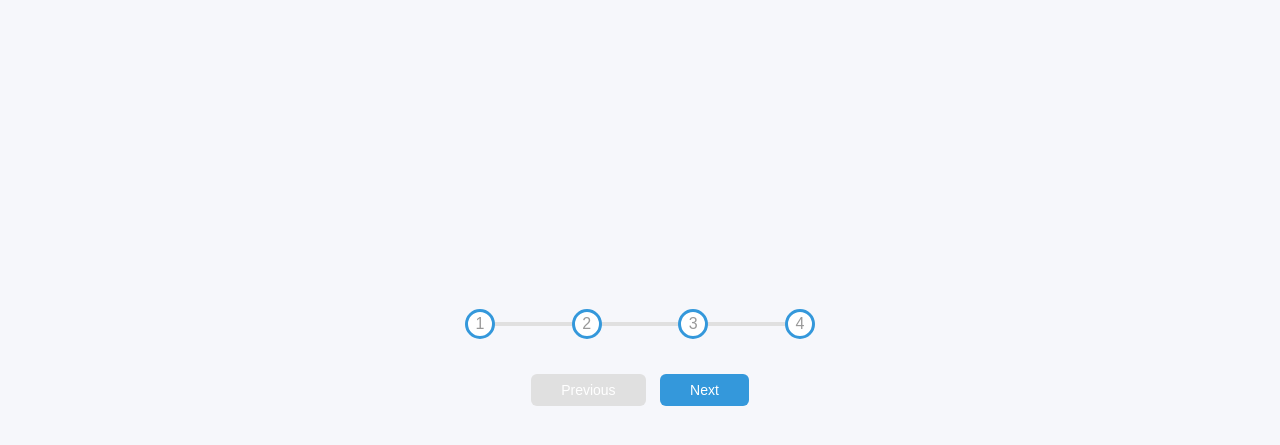
Repository: huynhvanngoan/50projectsin50days
Page: Day2/HTML/index.html
These files come from the project's save history. The page is drawn as it stood at one moment and after the next save; the edit follows.
The browser window is 1280 px wide. The pictures show the whole page.
Some web fonts or font styles are not loaded; a fallback is used.

Above is the page before, as saved 2022-11-04 22:55:07.

After the next save:
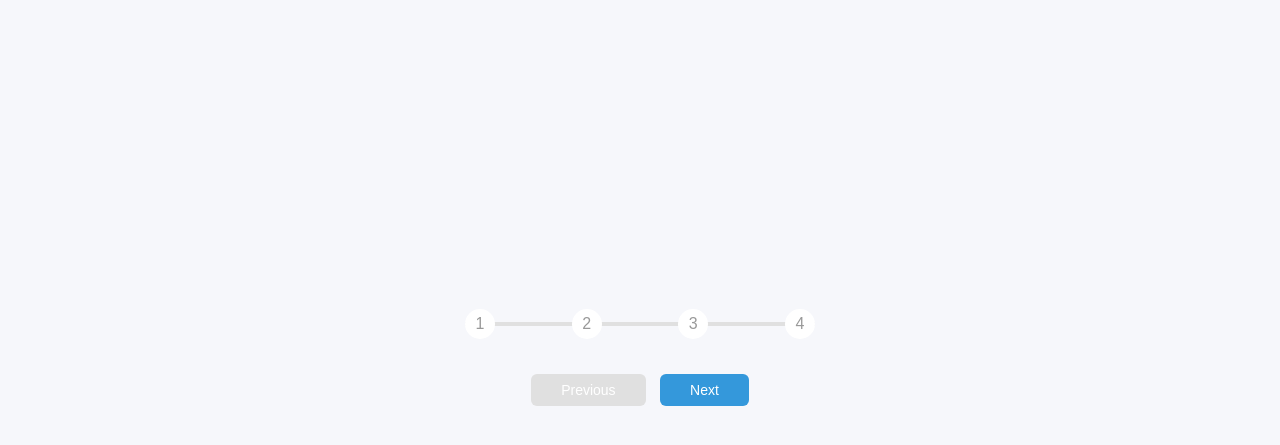
Saved 40 s later.
--- a/Day2/CSS/style.css
+++ b/Day2/CSS/style.css
@@ -61,7 +61,7 @@
     display: flex;
     align-items: center;
     justify-content: center;
-    border: 3px solid var(--line--border-fill);
+    border: 3px solid var(--line--border-empty);
     transition: 0.4S ease;
 }
 
